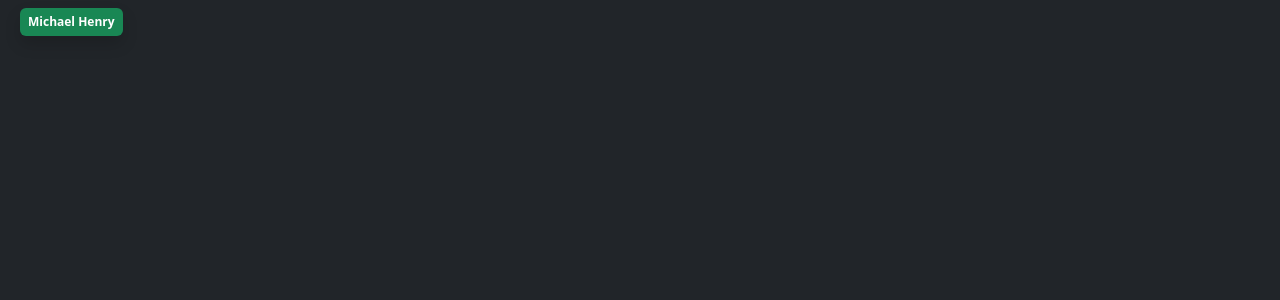
Repository: kenyi-mic/Portfolio_bootstrap
Page: index.html
The author's editor kept a copy of each file at every save. The page is drawn from the files as they stood at one save, then again after the next save.
The browser window is 1280 px wide. The pictures show the whole page.

Above is the page before, as saved 2022-11-25 12:05:40.

### index.html
<!DOCTYPE html>
<html lang="en">

<head>
    <meta charset="UTF-8">
    <meta http-equiv="X-UA-Compatible" content="IE=edge">
    <meta name="viewport" content="width=device-width, initial-scale=1.0">
    <!---Bootstrap icon cdn-->
    <link rel="stylesheet" href="https://cdn.jsdelivr.net/npm/bootstrap-icons@1.10.2/font/bootstrap-icons.css">
    <title>Michael Kenyi</title>
    <!---Bootstrap css-->
    <link href="https://cdn.jsdelivr.net/npm/bootstrap@5.2.3/dist/css/bootstrap.min.css" rel="stylesheet"
        integrity="sha384-rbsA2VBKQhggwzxH7pPCaAqO46MgnOM80zW1RWuH61DGLwZJEdK2Kadq2F9CUG65" crossorigin="anonymous">
</head>

<body class="v-100 bg-dark text-light">
    <nav class="nav navbar-expand-md navbar-dark fixed-top">
        <div class="container-fluid">
            <a href="" class="navbar-brand"><span class="badge bg-success p-2 m-2 shadow">Michael Henry</span></a>
        </div>
    </nav>



    <!---Bootstrap javascript-->
    <script src="https://cdn.jsdelivr.net/npm/bootstrap@5.2.3/dist/js/bootstrap.bundle.min.js"
        integrity="sha384-kenU1KFdBIe4zVF0s0G1M5b4hcpxyD9F7jL+jjXkk+Q2h455rYXK/7HAuoJl+0I4"
        crossorigin="anonymous"></script>
</body>

</html>

After the next save:
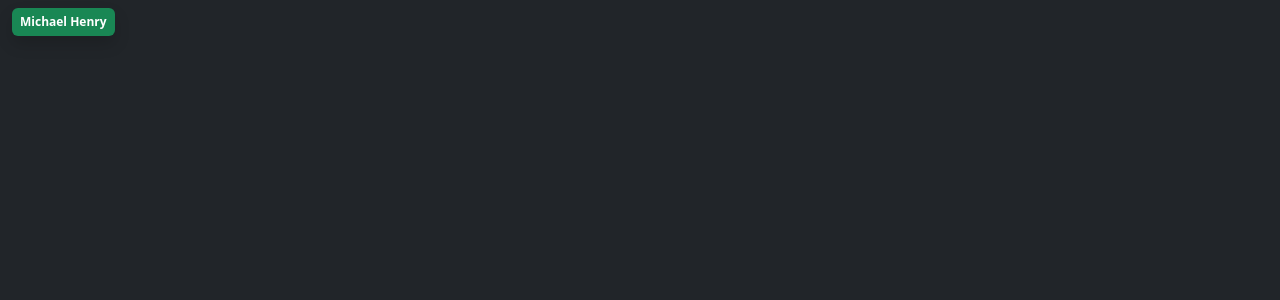
Saved 6 s later.
--- a/index.html
+++ b/index.html
@@ -16,7 +16,7 @@
 <body class="v-100 bg-dark text-light">
     <nav class="nav navbar-expand-md navbar-dark fixed-top">
         <div class="container-fluid">
-            <a href="" class="navbar-brand"><span class="badge bg-success p-2 m-2 shadow">Michael Henry</span></a>
+            <a href="" class="navbar-brand"><span class="badge bg-success p-2 my-2 shadow">Michael Henry</span></a>
         </div>
     </nav>
 
